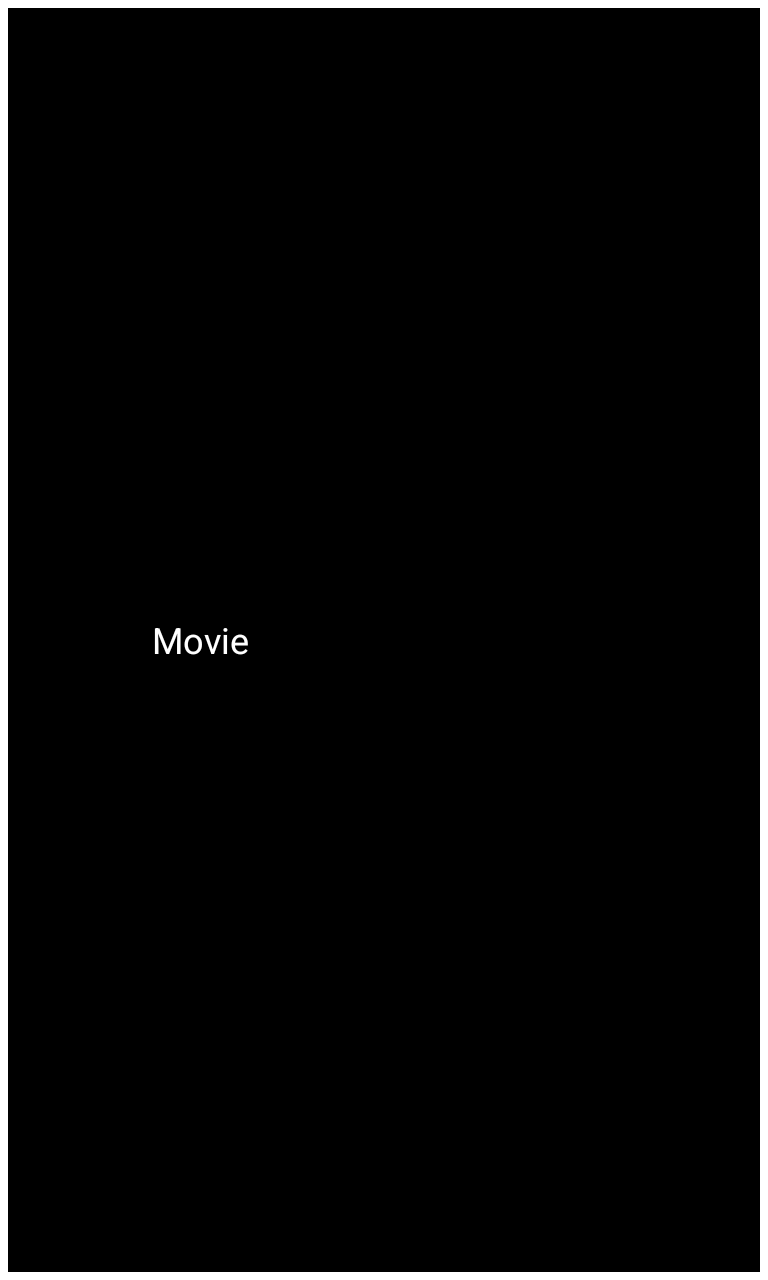
Repository: efreestone/MDF3_Freestone
Layout: MDF3Project3/res/layout/widget_layout.xml
An editor plug-in stored every save of this project. The layout is shown before and after the next save, followed by the edit.
It is drawn on a 768 x 1280 px phone screen (xhdpi) without system bars, with theme AppTheme; the app's code is not run.

Above is the layout before, as saved 2014-07-25 03:26:43.

After the next save:
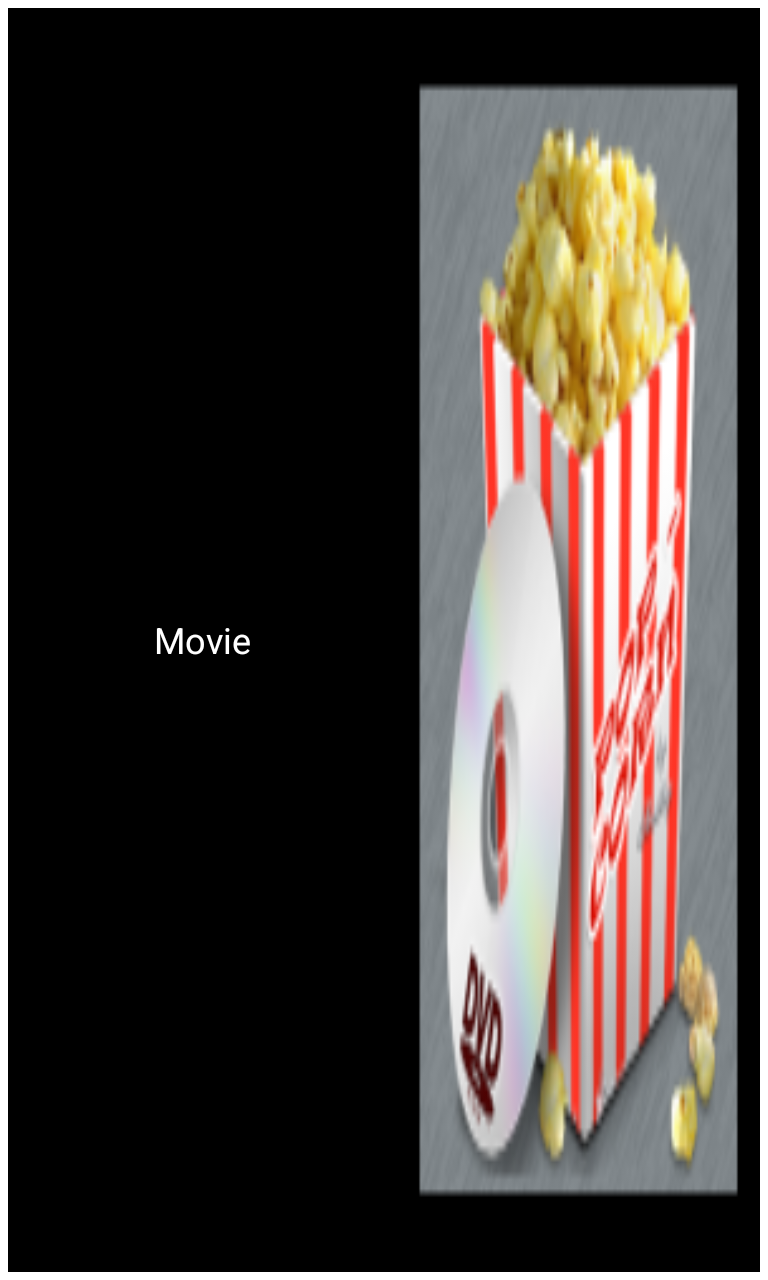
Saved 30 s later.
--- a/MDF3Project3/res/layout/widget_layout.xml
+++ b/MDF3Project3/res/layout/widget_layout.xml
@@ -24,8 +24,8 @@
         <Button
             android:id="@+id/button1"
             android:layout_weight="1"
-            android:layout_width="40dp"
-            android:layout_height="0dp"
+            android:layout_width="35dp"
+            android:layout_height="match_parent"
             android:background="@drawable/ic_launcher"/>
     </LinearLayout>
 
